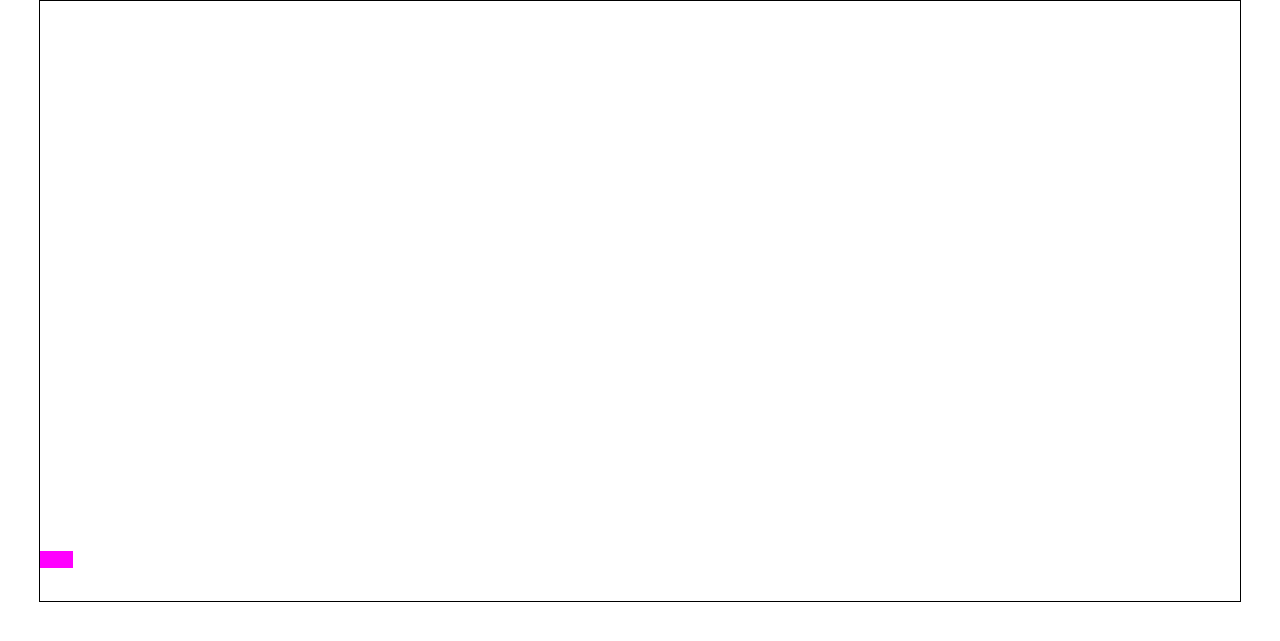
Repository: thecptwaffles/bad-game
Page: index.html
These files come from the project's save history. The page is drawn as it stood at one moment and after the next save; the edit follows.
The browser window is 1280 px wide. The pictures show the whole page.

Above is the page before, as saved 2022-02-05 09:20:09.

### index.html
<!DOCTYPE html>
<html lang="en" onkeydown="jump()">

<head>
    <meta charset="UTF-8">
    <meta http-equiv="X-UA-Compatible" content="IE=edge">
    <meta name="viewport" content="width=device-width, initial-scale=1.0">
    <title>Jump</title>
    <link rel="stylesheet" href="style.css">
</head>

<body>
    <div id="center">
        <div id="game">
            <div id="Steve"></div>
            <div id="block"></div>
        </div>
    </div>
</body>
<script src="./index.js"></script>

</html>

### style.css
* {
    padding: 0;
    margin: 0;
}

#game {
    width: 1200px;
    height: 600px;
    border: 1px solid black;
    background-color: white;
}

#Steve {
    width: 33px;
    height: 17px;
    background-color: magenta;
    position: relative;
    top: 550px;
}

.animate {
    animation: jump 500ms;
}

@keyframes jump {
    0%{
        top: 550px;
    }

    30% {
        top: 450px;
    }

    70% {
        top: 450px;
    }

    100% {
        top: 550px;
    }
}

#block {
    width: 20px;
    height: 20px;
    background-color: aquamarine;
    position: relative;
    top: 530px;
    left: 480px;
    animation: block 2s infinite linear;
}

@keyframes block {
    0%{
        left: 1200px;
    }

    100%{
        left: -40px;
    }
}

#center {
    display: flex;
    align-items: center;
    justify-content: center;
}

### index.js
var Steve = document.getElementById('Steve');
var block = document.getElementById('block');
var jumpSound = new Audio('jump.wav');
var deathSound = new Audio('death.wav');
var menuSound = new Audio('menu.wav');

function jump(){
    if(Steve.classList !='animate'){
        Steve.classList.add('animate');
    }
    Steve.classList.add('animate');
    setTimeout(function(){
        Steve.classList.remove('animate');
    },500)

    jumpSound.play();
}

var checkDead = setInterval(function(){
    var steveTop = parseInt(window.getComputedStyle(Steve).getPropertyValue('top'));

    var blockLeft = parseInt(window.getComputedStyle(block).getPropertyValue('left'));

    if(blockLeft<20 && blockLeft>0 && steveTop >= 550 ) {
        block.style.animation = 'none';
        block.style.display = 'none';
        deathSound.play()
        if(alert('You Lose :(')){}
else    window.location.reload();
        menuSound.play()
    }
},10)

After the next save:
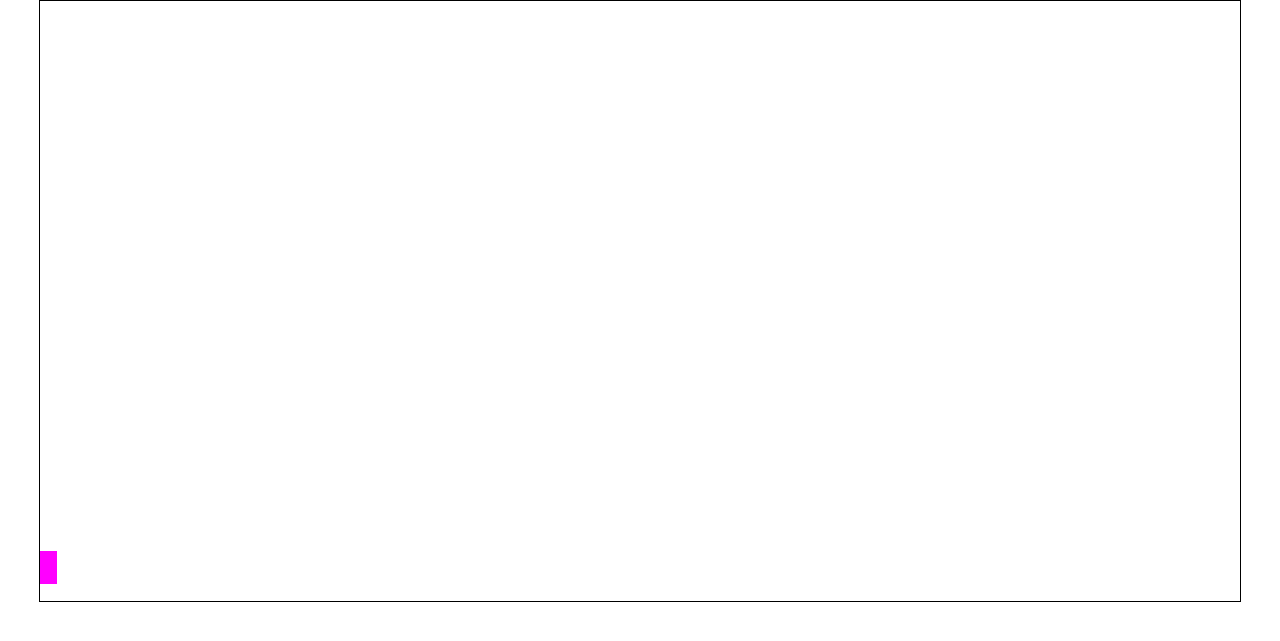
Saved 17 s later.
--- a/style.css
+++ b/style.css
@@ -11,8 +11,8 @@
 }
 
 #Steve {
-    width: 33px;
-    height: 17px;
+    width: 17px;
+    height: 33px;
     background-color: magenta;
     position: relative;
     top: 550px;
